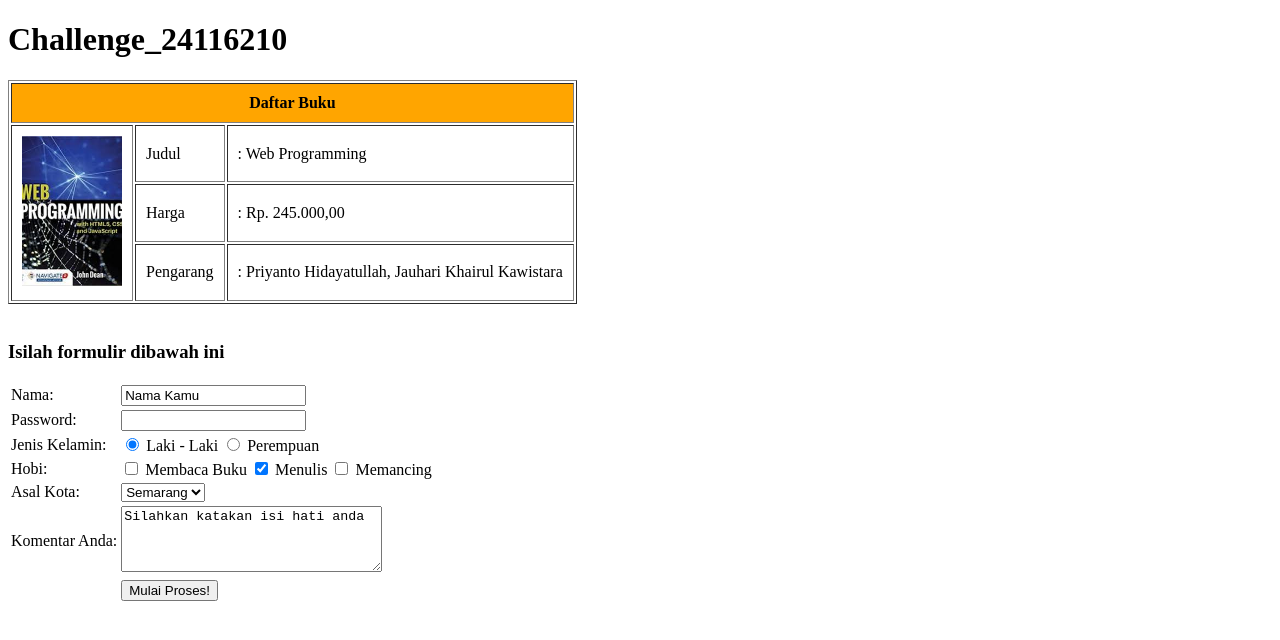
Repository: reskyputrii/Challenge_6210_P4
Page: Challenge_24116210.html
The author's editor kept a copy of each file at every save. The page is drawn from the files as they stood at one save, then again after the next save.
The browser window is 1280 px wide. The pictures show the whole page.

Above is the page before, as saved 2026-04-20 11:29:05.

After the next save:
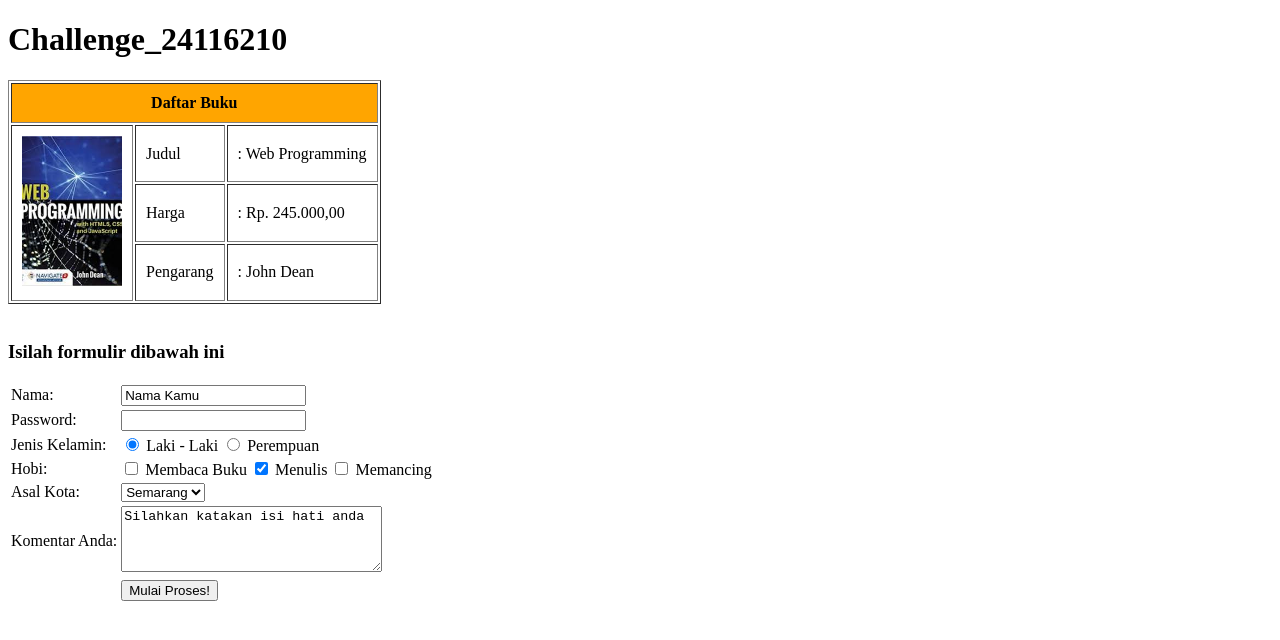
Saved 70 s later.
--- a/Challenge_24116210.html
+++ b/Challenge_24116210.html
@@ -25,7 +25,7 @@
         </tr>
         <tr>
             <td>Pengarang</td>
-            <td>: Priyanto Hidayatullah, Jauhari Khairul Kawistara</td>
+            <td>: John Dean</td>
         </tr>
     </table>
     <br>
